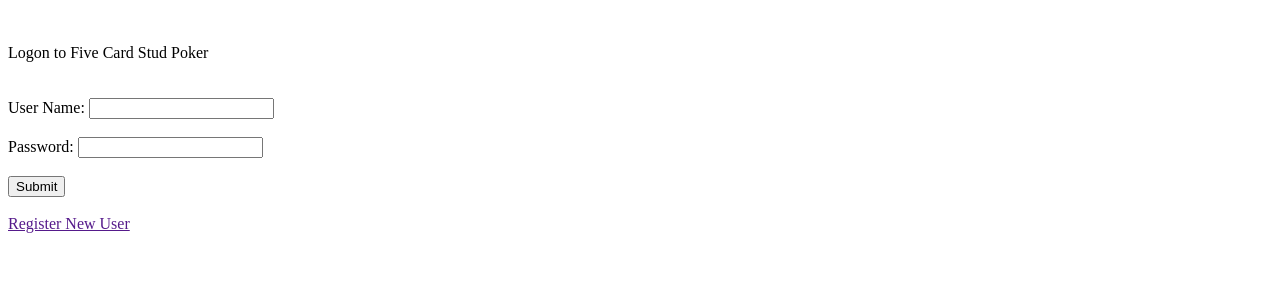
Repository: J2EEBeliever/ISA681_Poker2
Page: http://localhost/StrutsAjax/Logon.jsp
The author's editor kept a copy of each file at every save. The page is drawn from the files as they stood at one save, then again after the next save.
The browser window is 1280 px wide. The pictures show the whole page.
The page is served by Tomcat 9. Nobody is signed in. The application's start-up code is not run. Other server files are loaded and not shown.

Above is the page before, as saved 2015-12-01 18:59:57.

### SOURCE/StrutsAjax/WebContent/Logon.jsp
<%@ page language="java" contentType="text/html; charset=ISO-8859-1"
    pageEncoding="ISO-8859-1"%>
<!DOCTYPE html PUBLIC "-//W3C//DTD HTML 4.01 Transitional//EN" "http://www.w3.org/TR/html4/loose.dtd">
<html>
<head>
<meta http-equiv="Content-Type" content="text/html; charset=ISO-8859-1">
<title>Logon to Five Card Stud Poker</title>
</head>



<body>
<% if (request.getAttribute("errors") != null) {%>
<%= (String)request.getAttribute("errors") %>
<% } %>
<BR><BR>Logon to Five Card Stud Poker<BR>
<form action="${pageContext.request.contextPath}/logonToFiveCardStudPoker.html"  name="logonFiveCardStudPokerForm">
<BR><BR>User Name: <input type="text" name="userName" value="">
<BR><BR>Password: <input type="password" name="password" value="">
<BR><BR><input type="submit" name="submit">
<BR>
<BR><a href="" name="/UserRegistration.jsp" id ="UserRegistration">Register New User</a>
</form>
</body>
</html>

After the next save:
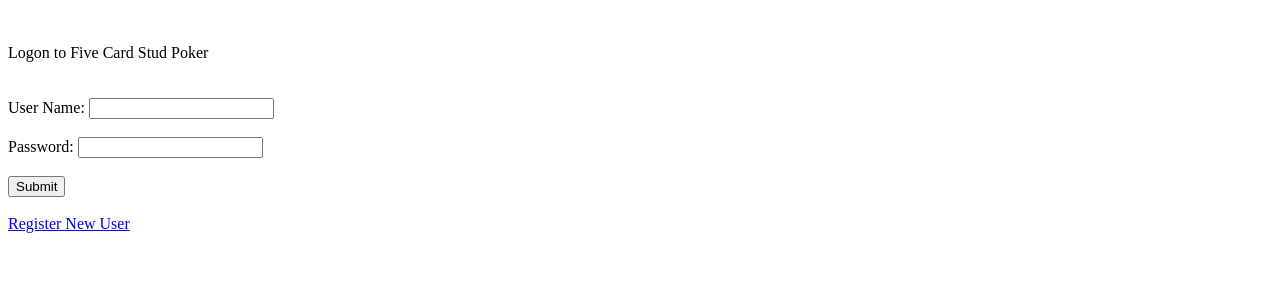
Saved 110 s later.
--- a/SOURCE/StrutsAjax/WebContent/Logon.jsp
+++ b/SOURCE/StrutsAjax/WebContent/Logon.jsp
@@ -19,7 +19,7 @@
 <BR><BR>Password: <input type="password" name="password" value="">
 <BR><BR><input type="submit" name="submit">
 <BR>
-<BR><a href="" name="/UserRegistration.jsp" id ="UserRegistration">Register New User</a>
+<BR><a href="${pageContext.request.contextPath}/UserRegistration.jsp" name="UserRegistration" id ="UserRegistration">Register New User</a>
 </form>
 </body>
 </html>
